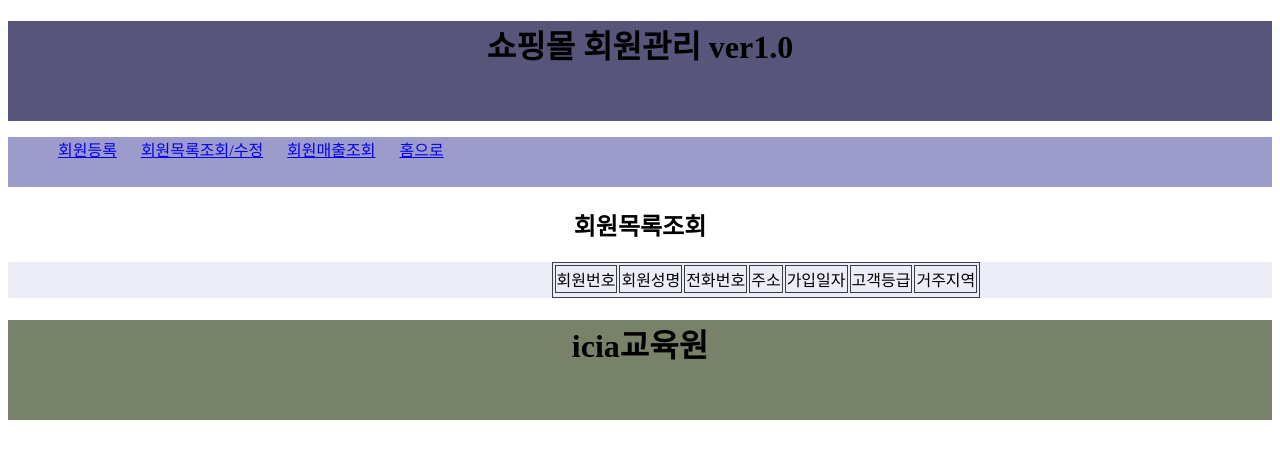
Repository: Kim-seongjun/javastudy2
Page: http://localhost/back_end_test/memberlist
The author's editor kept a copy of each file at every save. The page is drawn from the files as they stood at one save, then again after the next save.
The browser window is 1280 px wide. The pictures show the whole page.
The page is served by Tomcat 9.

Above is the page before, as saved 2020-01-22 07:14:40.

After the next save:
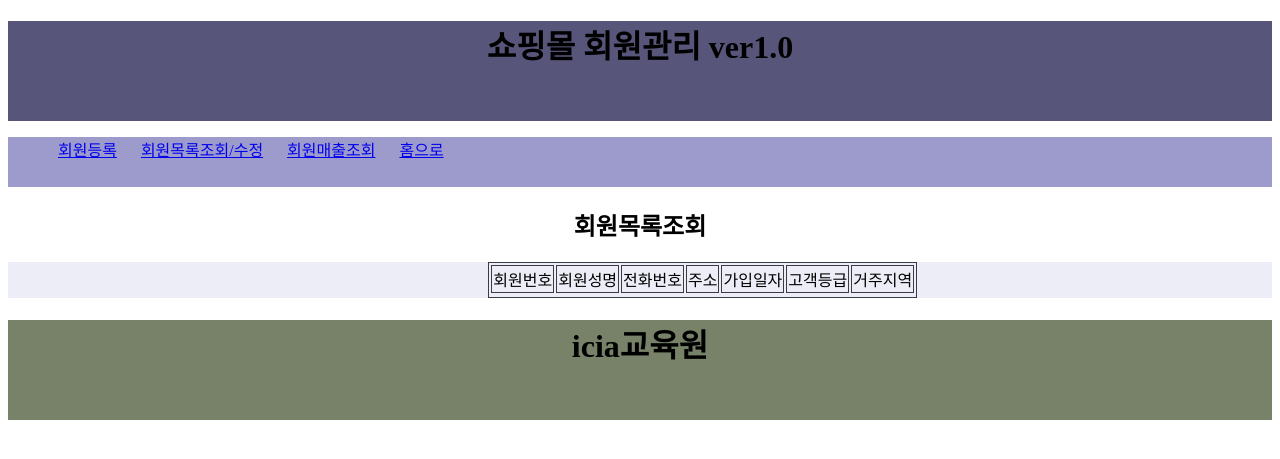
Saved 13 s later.
--- a/back_end_test/WebContent/memberlist.jsp
+++ b/back_end_test/WebContent/memberlist.jsp
@@ -26,7 +26,7 @@
 table {
 	border: 1px solid #373D40;
 	text-align: center;
-	margin-left: 43%;
+	margin-left: 38%;
 }
 
 tr td {
